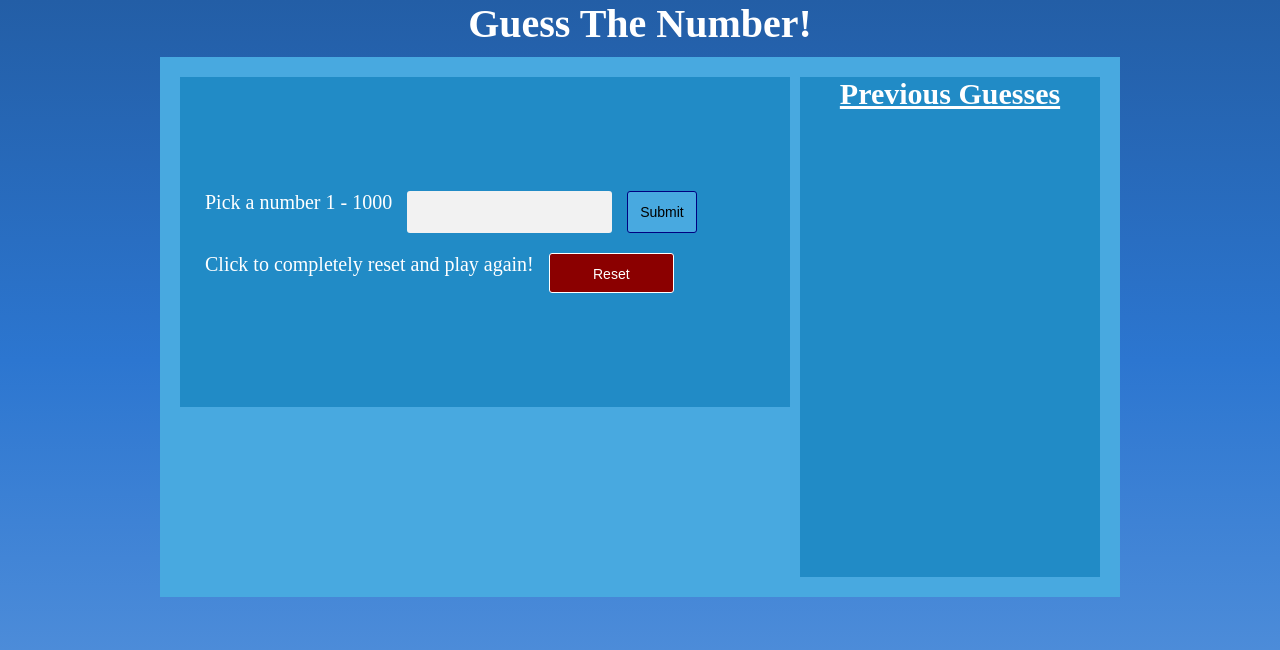
Repository: mlmEFSC21/P15-Modified-Guessing-Game
Page: guess.html
The author's editor kept a copy of each file at every save. The page is drawn from the files as they stood at one save, then again after the next save.
The browser window is 1280 px wide. The pictures show the whole page.

Above is the page before, as saved 2022-03-23 14:12:30.

After the next save:
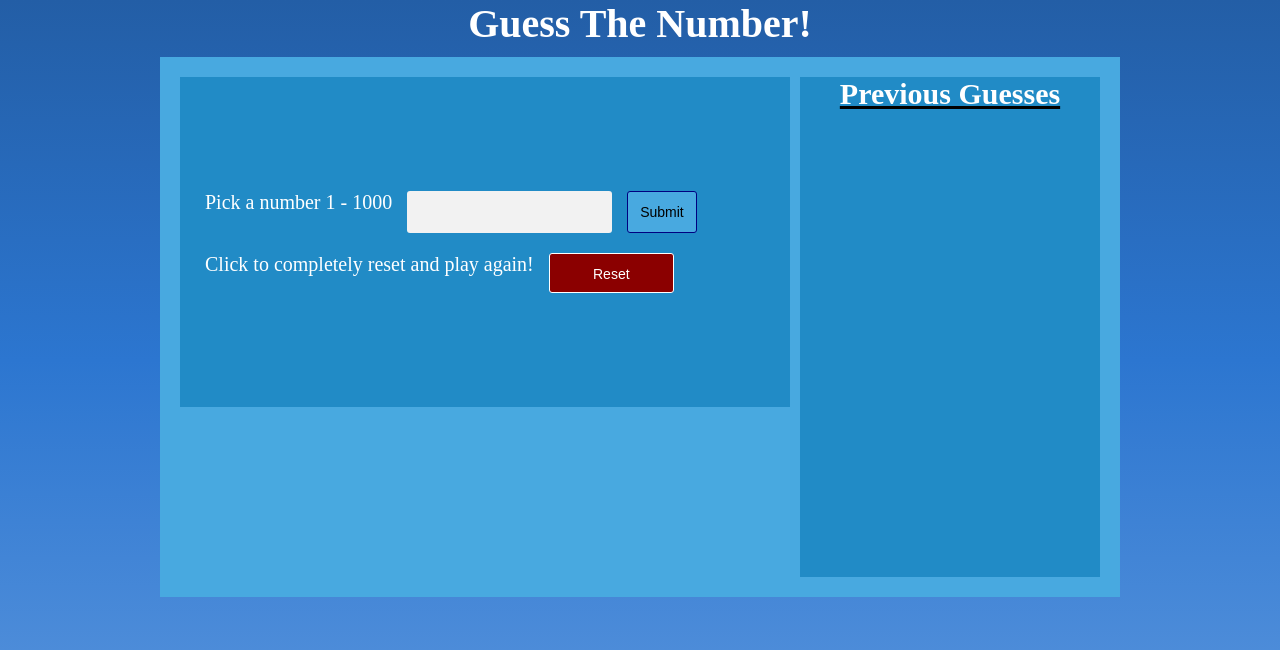
Saved 24 s later.
--- a/guess.css
+++ b/guess.css
@@ -86,6 +86,7 @@
 }
 h2 {
     text-decoration: underline;
+    text-decoration-color: black;
 }
 .submitBtn {
     background: var(--clr-secondary);

After the save that followed:
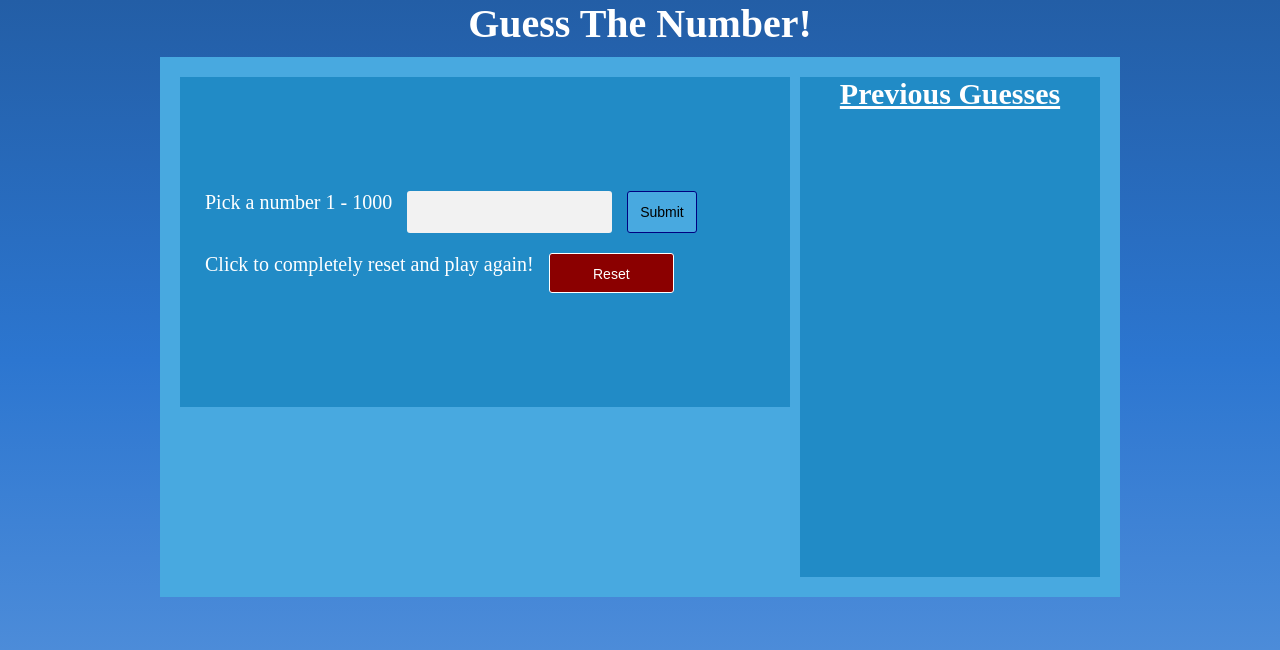
Saved 14 s later.
--- a/guess.css
+++ b/guess.css
@@ -86,7 +86,7 @@
 }
 h2 {
     text-decoration: underline;
-    text-decoration-color: black;
+    text-decoration-color: f3f3f3;
 }
 .submitBtn {
     background: var(--clr-secondary);
